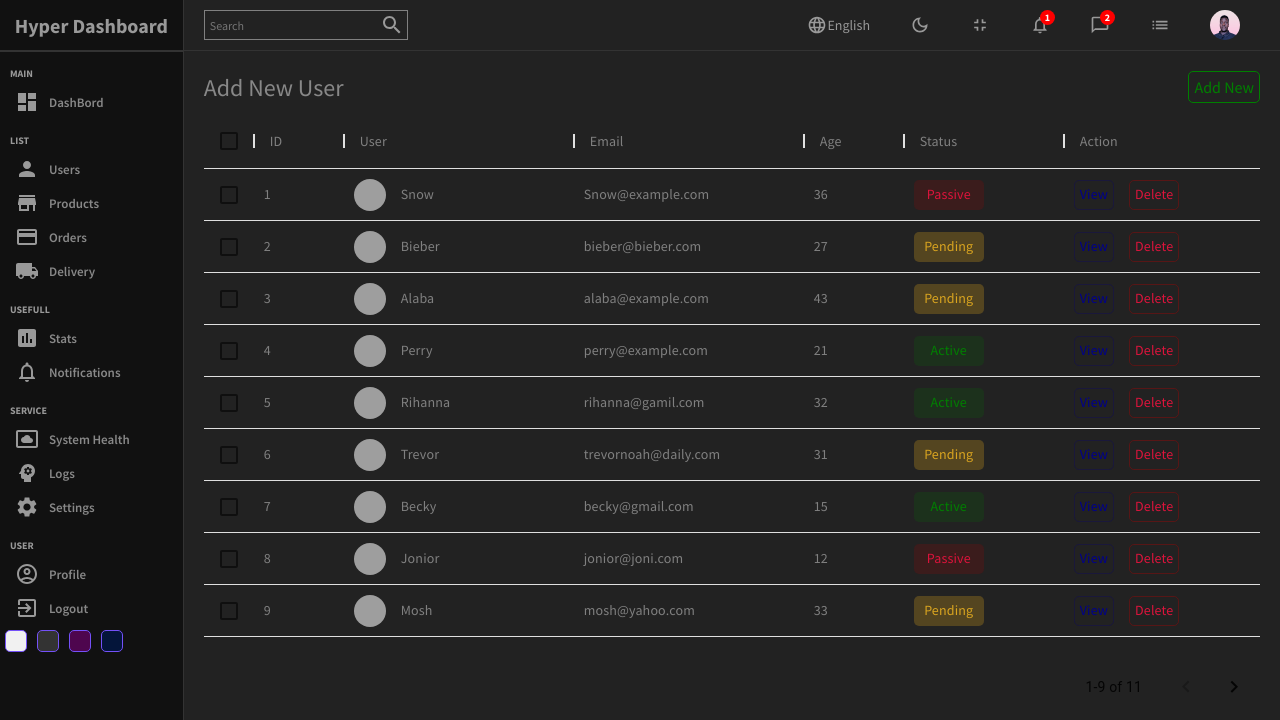
Repository: kenyi-mic/DashBoard
Page: /users
The author's editor kept a copy of each file at every save. The page is drawn from the files as they stood at one save, then again after the next save.
The browser window is 1280 px wide. The pictures show the whole page.
Pictures or frames that could not be fetched are drawn as grey boxes. The project was rebuilt for these pictures with package versions that can differ from the ones it lists, and the page was loaded fresh each time. Also part of the build but not shown: src/pages/home/home.scss, src/pages/home/Home.jsx, src/pages/single/single.scss, src/components/chart/chart.scss, src/components/chart/Chart.jsx, src/components/table/table.scss, src/components/table/BasicTable.jsx, src/pages/single/Single.jsx and 3 more.

Above is the page before, as saved 2022-05-25 08:52:56.

After the next save:
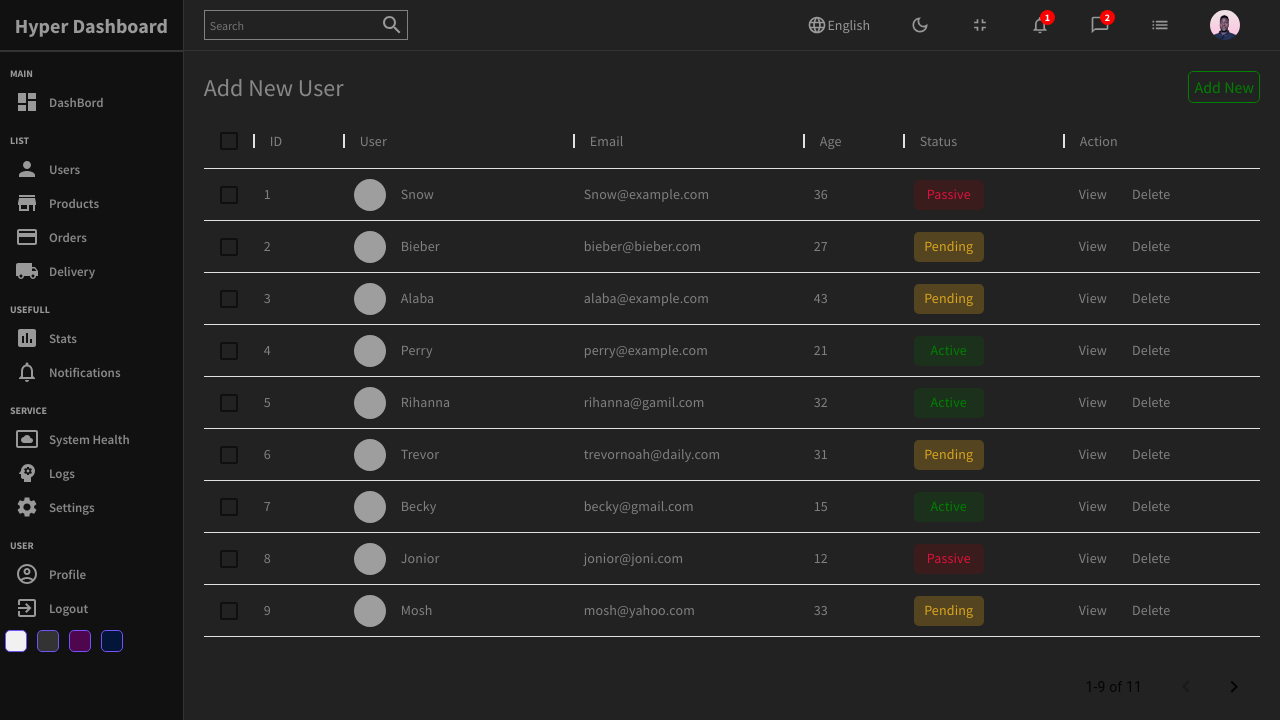
Saved 2 min 7 s later.
--- a/src/style/dark.scss
+++ b/src/style/dark.scss
@@ -69,7 +69,8 @@
             color: gray;
             border: none;
 
-            .viewButton .deleteButton {
+            .viewButton,
+            .deleteButton {
                 border: none;
                 color: gray;
             }
